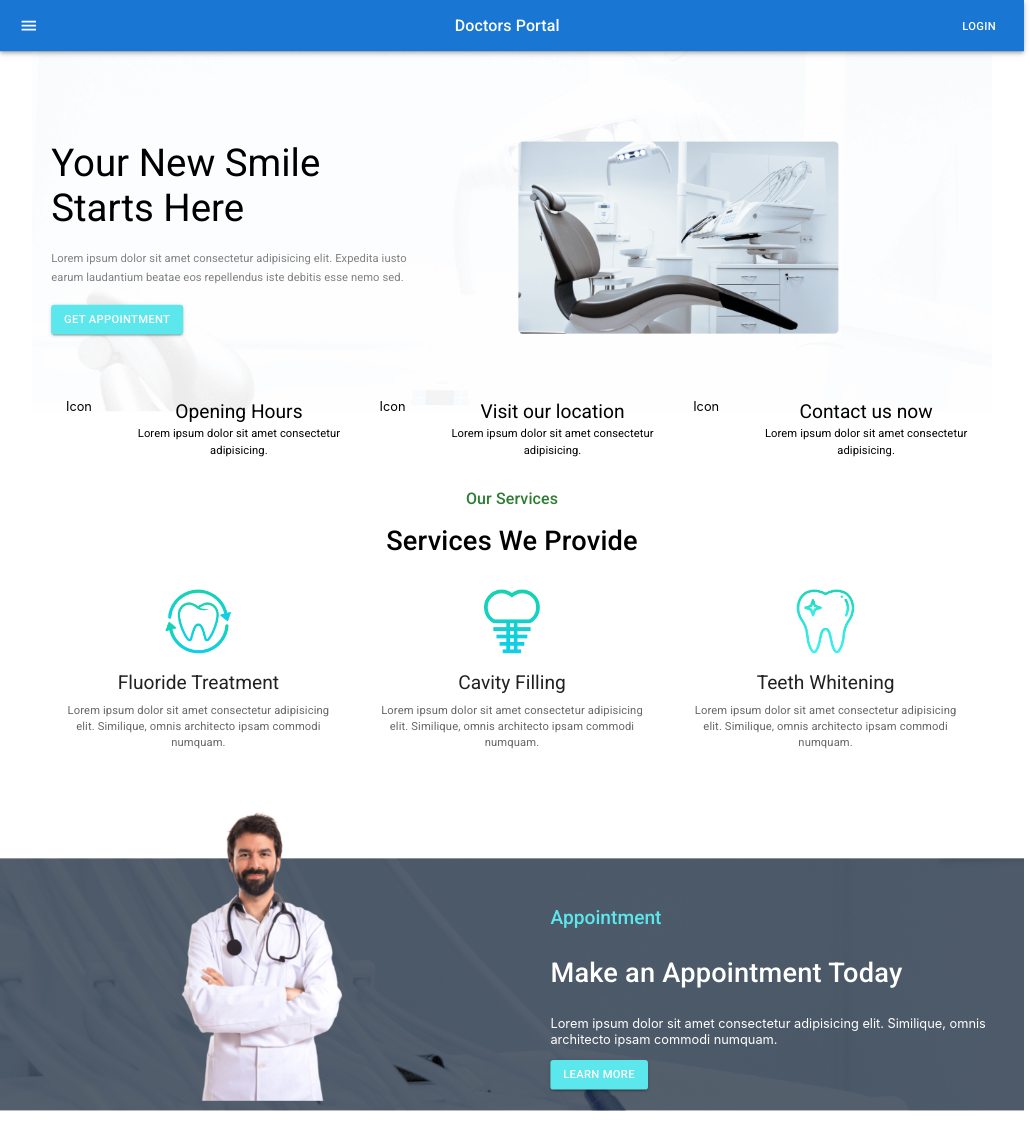
Repository: Sharif-00112/doctors-portal-client
Page: /
These files come from the project's save history. The page is drawn as it stood at one moment and after the next save; the edit follows.
The browser window is 1280 px wide. The page is 1288 px wide, so the pictures cover 1288 px, including what lies to the right of the window. The pictures show the whole page, at 80% of full size.
The project was rebuilt for these pictures with package versions that can differ from the ones it lists, and the page was loaded fresh each time.

Above is the page before, as saved 2022-11-01 23:13:50.

### public/index.html
<!DOCTYPE html>
<html lang="en">
  <head>
    <meta charset="utf-8" />
    <link rel="icon" href="%PUBLIC_URL%/favicon.ico" />
    <meta name="viewport" content="width=device-width, initial-scale=1" />
    <meta name="theme-color" content="#000000" />
    <meta
      name="description"
      content="Web site created using create-react-app"
    />
    <link
      rel="stylesheet" href="https://fonts.googleapis.com/css?family=Roboto:300,400,500,700&display=swap"
    />

    <link rel="apple-touch-icon" href="%PUBLIC_URL%/logo192.png" />
    <!--
      manifest.json provides metadata used when your web app is installed on a
      user's mobile device or desktop. See https://developers.google.com/web/fundamentals/web-app-manifest/
    -->
    <link rel="manifest" href="%PUBLIC_URL%/manifest.json" />
    <!--
      Notice the use of %PUBLIC_URL% in the tags above.
      It will be replaced with the URL of the `public` folder during the build.
      Only files inside the `public` folder can be referenced from the HTML.

      Unlike "/favicon.ico" or "favicon.ico", "%PUBLIC_URL%/favicon.ico" will
      work correctly both with client-side routing and a non-root public URL.
      Learn how to configure a non-root public URL by running `npm run build`.
    -->
    <title>React App</title>
  </head>
  <body>
    <noscript>You need to enable JavaScript to run this app.</noscript>
    <div id="root"></div>
    <!--
      This HTML file is a template.
      If you open it directly in the browser, you will see an empty page.

      You can add webfonts, meta tags, or analytics to this file.
      The build step will place the bundled scripts into the <body> tag.

      To begin the development, run `npm start` or `yarn start`.
      To create a production bundle, use `npm run build` or `yarn build`.
    -->
  </body>
</html>

### src/App.js
import './App.css';
import { BrowserRouter as Router, Route, Routes} from 'react-router-dom';
import Home from './Pages/Home/Home/Home';

function App() {
  return (
    <div className="App">
      <Router>
        {/* <Header></Header> */}
        <Routes>
          <Route exact path = '/' element={<Home/>}/>
          <Route exact path = '/home' element={<Home/>}/>
          <Route exact path = '*' element={<Home/>}/>
        </Routes>
        {/* <Footer></Footer> */}
      </Router>
    </div>
  );
}

export default App;

### src/Pages/Home/Home/Home.js
import React from 'react';
import Navigation from '../../Shared/Navigation/Navigation';
import AppointmentBanner from '../AppointmentBanner/AppointmentBanner';
import Banner from '../Banner/Banner';
import Services from '../Services/Services';

const Home = () => {
    return (
        <div>
            {/* <h2>This is Home</h2> */}
            <Navigation></Navigation>
            <Banner></Banner>
            <Services></Services>
            <AppointmentBanner></AppointmentBanner>
        </div>
    );
};

export default Home;

### src/Pages/Shared/Navigation/Navigation.js
import React from 'react';
import AppBar from '@mui/material/AppBar';
import Box from '@mui/material/Box';
import Toolbar from '@mui/material/Toolbar';
import Typography from '@mui/material/Typography';
import Button from '@mui/material/Button';
import IconButton from '@mui/material/IconButton';
import MenuIcon from '@mui/icons-material/Menu';

const Navigation = () => {
    return (
        <div>
            <Box sx={{ flexGrow: 1, pb:2 }}>
                <AppBar position="static">
                    <Toolbar>
                        <IconButton
                            size="large"
                            edge="start"
                            color="inherit"
                            aria-label="menu"
                            sx={{ mr: 2 }}
                        >
                            <MenuIcon />
                        </IconButton>
                        <Typography variant="h6" component="div" sx={{ flexGrow: 1 }}>
                            Doctors Portal
                        </Typography>
                        <Button color="inherit">Login</Button>
                    </Toolbar>
                </AppBar>
            </Box>
        </div>
    );
};

export default Navigation;

### src/Pages/Home/AppointmentBanner/AppointmentBanner.js
import React from 'react';
import Box from '@mui/material/Box';
import Grid from '@mui/material/Unstable_Grid2';
import Typography from '@mui/material/Typography';

import doctor from '../../../images/images/doctor.png'
import bg from '../../../images/images/appointment-bg.png'
import { Button } from '@mui/material';

const appointmentBanner = {
    background: `url(${bg})`,
    marginTop: 100,
    backgroundColor: 'rgba(45, 58, 74, 0.8)',
    backgroundBlendMode: 'darken, luminosity'
}

const AppointmentBanner = () => {
    return (
        <div>
            <Box style={appointmentBanner} sx={{ flexGrow: 1, mb:5 }}>
                <Grid container spacing={2}>
                    <Grid xs={12} md={6}>
                        <img
                           style={{width: 400, marginTop: '-105px' }}
                        src={doctor} alt="" />
                    </Grid>

                    <Grid xs={12} md={6} sx={{
                        display: 'flex',
                        justifyContent: 'flex-start',
                        textAlign: 'left',
                        alignItems: 'center'
                        }}>
                        <Box sx={{pl: 5}}>
                            <Typography sx={{ mb: 2, mt: 4, fontWeight: 500 }} style={{color: '#5CE7ED'}} variant="h5" component="div">
                                Appointment
                            </Typography>
                            <Typography sx={{ mb: 2, mt: 4, fontWeight: 500 }} style={{color: 'white'}} variant="h4" component="div">
                                Make an Appointment Today
                            </Typography>
                            <Typography sx={{ mb: 2, mt: 4 }} style={{color: 'white'}} variant="" component="div">
                                Lorem ipsum dolor sit amet consectetur adipisicing elit. Similique, omnis architecto ipsam commodi numquam.
                            </Typography>
                            <Button variant="contained" style={{backgroundColor: '#5CE7ED'}}>Learn More</Button>
                        </Box>
                    </Grid>
                </Grid>
            </Box>
        </div>
    );
};

export default AppointmentBanner;

### src/Pages/Home/Banner/Banner.js
import React from 'react';
import Grid from '@mui/material/Grid';
import Typography from '@mui/material/Typography';
import { Box, Button, Container } from '@mui/material';

import chair from '../../../images/images/chair.png';
import bnBg from '../../../images/images/bg.png';

const bannerBg = {
    background: `url(${bnBg})`
}

const verticalCenter = {
    display: 'flex',
    alignItems: 'center',
    height: 450
}

const Banner = () => {
    return (
        <div>
            <Container style={bannerBg} sx={{ flexGrow: 1 }}>
                <Grid container spacing={2}>
                    <Grid item style={{ ...verticalCenter, textAlign: 'left'}} xs={12} md={6}>
                        <Box>
                            <Typography sx={{ }} style={{color: 'black'}} variant="h3" component="div">
                                Your New Smile <br />
                                Starts Here
                            </Typography>
                            <Typography sx={{ my: 3, pr: 15, fontSize: 14, fontWeight: 400, color: 'gray'}} variant="h6" component="div">
                                Lorem ipsum dolor sit amet consectetur adipisicing elit. Expedita iusto earum laudantium beatae eos repellendus iste debitis esse nemo sed.
                            </Typography>
                            <Button variant="contained" style={{backgroundColor: '#5CE7ED'}}>Get Appointment</Button>
                        </Box>
                    </Grid>
                    <Grid item xs={12} md={6} style={verticalCenter}>
                        <img style={{ width: '400px'}} src={chair} alt="" />
                    </Grid>
                </Grid>
            </Container>

            <Container sx={{ flexGrow: 1 }}>
                <Grid container rowSpacing={1} columnSpacing={{ xs: 1, sm: 2, md: 3 }}>
                    <Grid xs={4}>
                        <Grid container spacing={1}>
                            <Grid xs={4}>
                                Icon
                            </Grid>
                            <Grid xs={8}>
                                <Typography sx={{ }} style={{color: 'black'}} variant="h5" component="div">
                                    Opening Hours
                                </Typography>
                                <Typography sx={{ fontSize: 14, fontWeight: 400 }} style={{color: 'black'}} variant="h6" component="div">
                                    Lorem ipsum dolor sit amet consectetur adipisicing.
                                </Typography>
                            </Grid>
                        </Grid>
                    </Grid>
                    <Grid xs={4}>
                        <Grid container spacing={1}>
                            <Grid xs={4}>
                                Icon
                            </Grid>
                            <Grid xs={8}>
                                <Typography sx={{ }} style={{color: 'black'}} variant="h5" component="div">
                                    Visit our location
                                </Typography>
                                <Typography sx={{ fontSize: 14, fontWeight: 400 }} style={{color: 'black'}} variant="h6" component="div">
                                    Lorem ipsum dolor sit amet consectetur adipisicing.
                                </Typography>
                            </Grid>
                        </Grid>
                    </Grid>
                    <Grid xs={4}>
                        <Grid container spacing={1}>
                            <Grid xs={4}>
                                Icon
                            </Grid>
                            <Grid xs={8}>
                                <Typography sx={{ }} style={{color: 'black'}} variant="h5" component="div">
                                    Contact us now
                                </Typography>
                                <Typography sx={{ fontSize: 14, fontWeight: 400 }} style={{color: 'black'}} variant="h6" component="div">
                                    Lorem ipsum dolor sit amet consectetur adipisicing.
                                </Typography>
                            </Grid>
                        </Grid>
                    </Grid>
                </Grid>
            </Container>
        </div>
    );
};

export default Banner;

### src/Pages/Home/Services/Services.js
import React from 'react';
import Box from '@mui/material/Box';
import Grid from '@mui/material/Unstable_Grid2';
import Typography from '@mui/material/Typography';
import { Container } from '@mui/material';
import Service from '../Service/Service';

import fluoride from '../../../images/images/fluoride.png';
import cavity from '../../../images/images/cavity.png'
import whitening from '../../../images/images/whitening.png'

const services = [
    {
        name: 'Fluoride Treatment',
        description: 'Lorem ipsum dolor sit amet consectetur adipisicing elit. Similique, omnis architecto ipsam commodi numquam.',
        img: fluoride
    },
    {
        name: 'Cavity Filling',
        description: 'Lorem ipsum dolor sit amet consectetur adipisicing elit. Similique, omnis architecto ipsam commodi numquam.',
        img: cavity
    },
    {
        name: 'Teeth Whitening',
        description: 'Lorem ipsum dolor sit amet consectetur adipisicing elit. Similique, omnis architecto ipsam commodi numquam.',
        img: whitening
    }
]

const Services = () => {
    return (
        <div>
            <Box sx={{ flexGrow: 1 }}>
                <Container>
                    <Typography sx={{ mb: 2, mt: 4, fontWeight: 500, color: 'success.main' }} variant="h6" component="div">
                        Our Services
                    </Typography>
                    <Typography sx={{ mb: 3, fontWeight: 500 }} variant="h4" component="div">
                        Services We Provide
                    </Typography>

                    <Grid container spacing={{ xs: 2, md: 3 }} columns={{ xs: 4, sm: 8, md: 12 }}>
                        {
                            services.map(service => (
                                <Grid xs={2} sm={4} md={4} key={service.name}>
                                <Service
                                    key = {service.name}
                                    service = {service}
                                ></Service>
                            </Grid>
                            ))
                        }
                    </Grid>
                </Container>
            </Box>
        </div>
    );
};

export default Services;

### src/Pages/Home/Service/Service.js
import React from 'react';
import Card from '@mui/material/Card';
// import CardActions from '@mui/material/CardActions';
import CardContent from '@mui/material/CardContent';
// import Button from '@mui/material/Button';
import Typography from '@mui/material/Typography';
import CardMedia from '@mui/material/CardMedia';

const Service = (props) => {
    const {name, description, img} = props.service
    return (
        <div>
            <Card sx={{ minWidth: 275, border: 0, boxShadow: 0, mt: 1.5 }}>
                <CardMedia
                    component="img"
                    style={{width: 'auto', height: '80px', margin: '4px auto'}}
                    image={img}
                    alt={name}
                />
                <CardContent>
                    <Typography sx={{ mb: 1 }} variant="h5" component="div">
                        {name}
                    </Typography>
                    <Typography sx={{ mb: 1.5 }} variant="body2" color="text.secondary">
                        {description}
                    </Typography>
                </CardContent>
                {/* <CardActions>
                    <Button size="small">Learn More</Button>
                </CardActions> */}
            </Card>
        </div>
    );
};

export default Service;

Loaded but not shown: src/index.js (common file); src/index.css (common file); src/reportWebVitals.js (common file); src/App.css (common file)

After the next save:
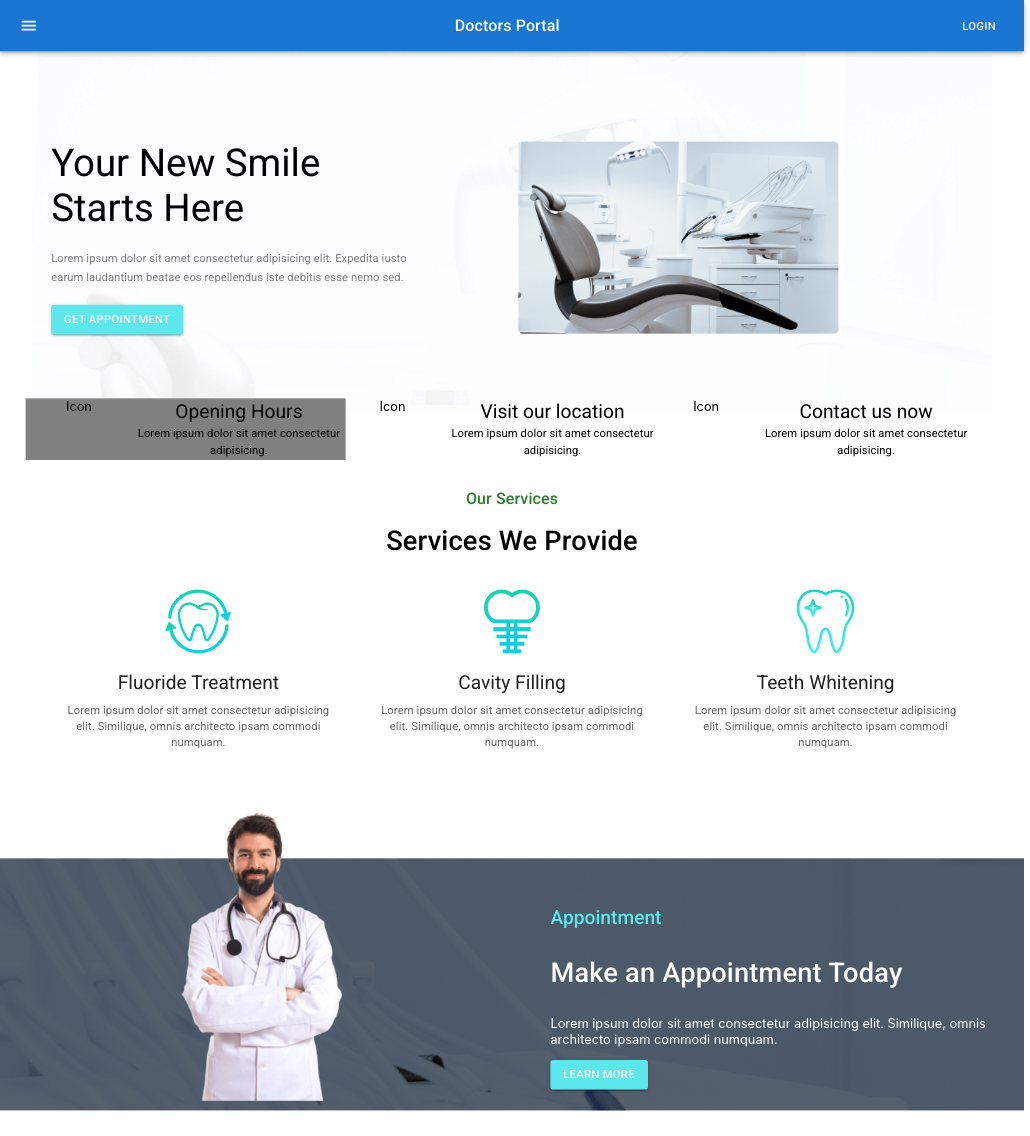
Saved 107 s later.
--- a/src/Pages/Home/Banner/Banner.js
+++ b/src/Pages/Home/Banner/Banner.js
@@ -42,7 +42,7 @@ const Banner = () => {
             <Container sx={{ flexGrow: 1 }}>
                 <Grid container rowSpacing={1} columnSpacing={{ xs: 1, sm: 2, md: 3 }}>
                     <Grid xs={4}>
-                        <Grid container spacing={1}>
+                        <Grid container spacing={1} style={{ backgroundColor: 'gray'}}>
                             <Grid xs={4}>
                                 Icon
                             </Grid>
